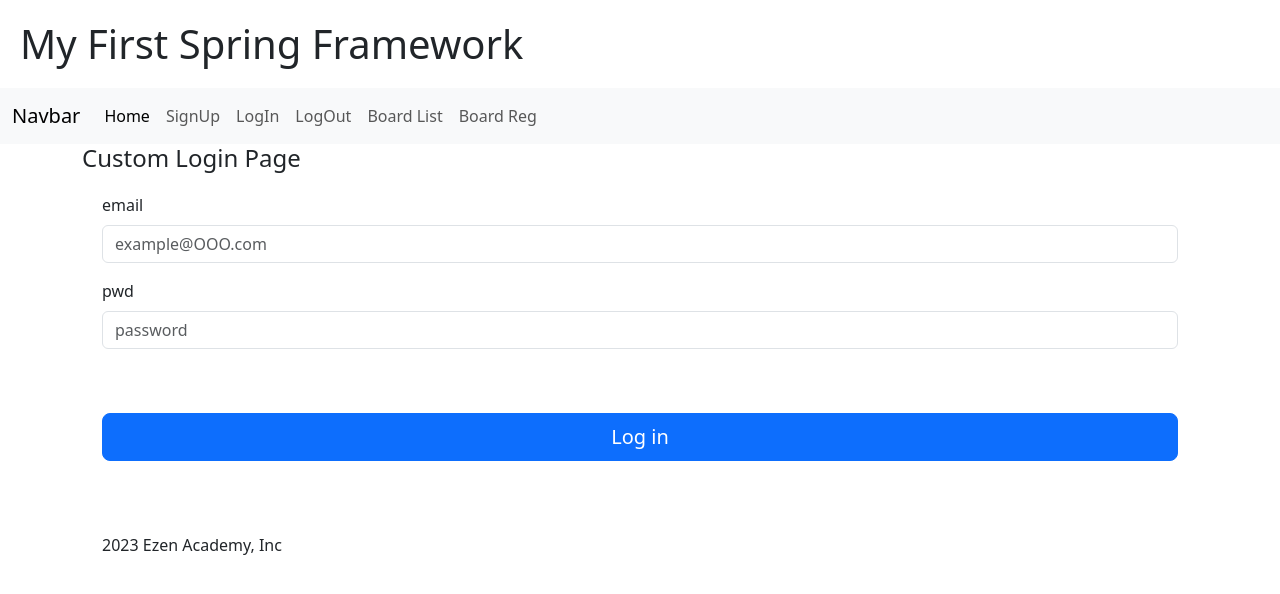
Repository: dhalfks/231101_springSecurity
Page: http://localhost/springProject/WEB-INF/views/member/login.jsp
The author's editor kept a copy of each file at every save. The page is drawn from the files as they stood at one save, then again after the next save.
The browser window is 1280 px wide. The pictures show the whole page.
The page is served by Tomcat 9. Nobody is signed in. The template is opened directly, without the code that normally fills it, so the values that code supplies are empty.

Above is the page before, as saved 2023-10-30 10:28:12.

After the next save:
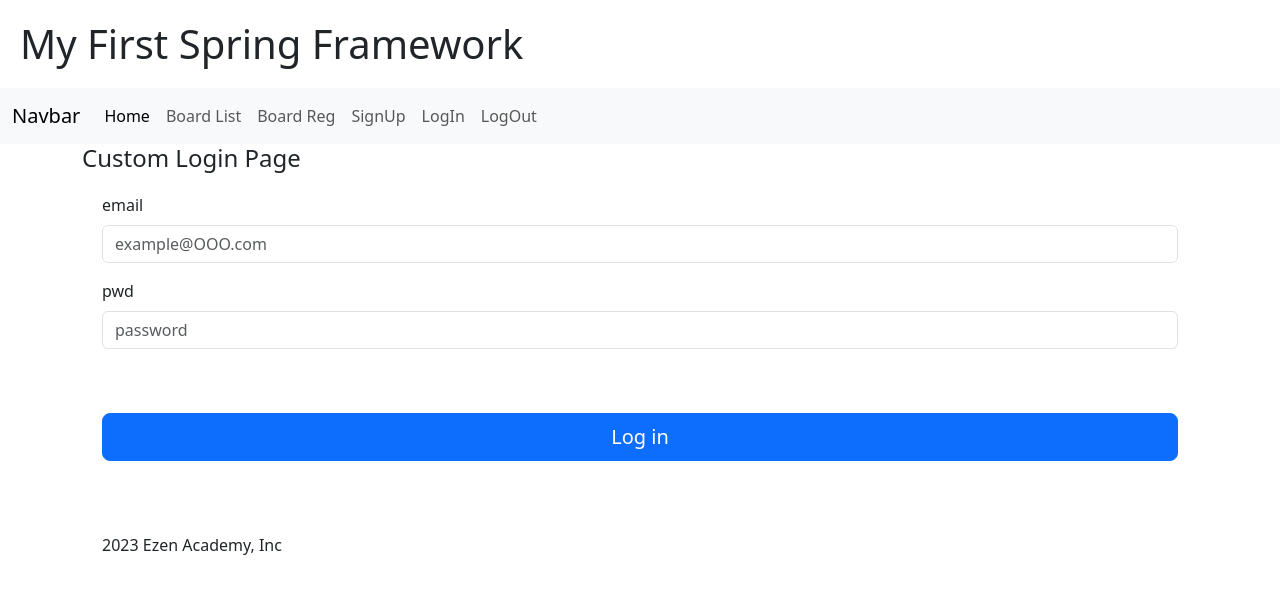
Saved 83 s later.
--- a/_springTest2/springProject/src/main/webapp/WEB-INF/views/common/nav.jsp
+++ b/_springTest2/springProject/src/main/webapp/WEB-INF/views/common/nav.jsp
@@ -22,6 +22,13 @@
           <a class="nav-link active" aria-current="page" href="/">Home</a>
         </li>
         <li class="nav-item">
+          <a class="nav-link" href="/board/list">Board List</a>
+        </li>
+        <!-- 로그인 해야 open 되는 메뉴들... -->
+        <li class="nav-item">
+          <a class="nav-link" href="/board/register">Board Reg</a>
+        </li>
+        <li class="nav-item">
           <a class="nav-link" href="/member/register">SignUp</a>
         </li>
         <li class="nav-item">
@@ -29,12 +36,6 @@
         </li>
         <li class="nav-item">
           <a class="nav-link" href="/member/logout">LogOut</a>
-        </li>
-        <li class="nav-item">
-          <a class="nav-link" href="/board/list">Board List</a>
-        </li>
-        <li class="nav-item">
-          <a class="nav-link" href="/board/register">Board Reg</a>
         </li>
 
       </ul>
